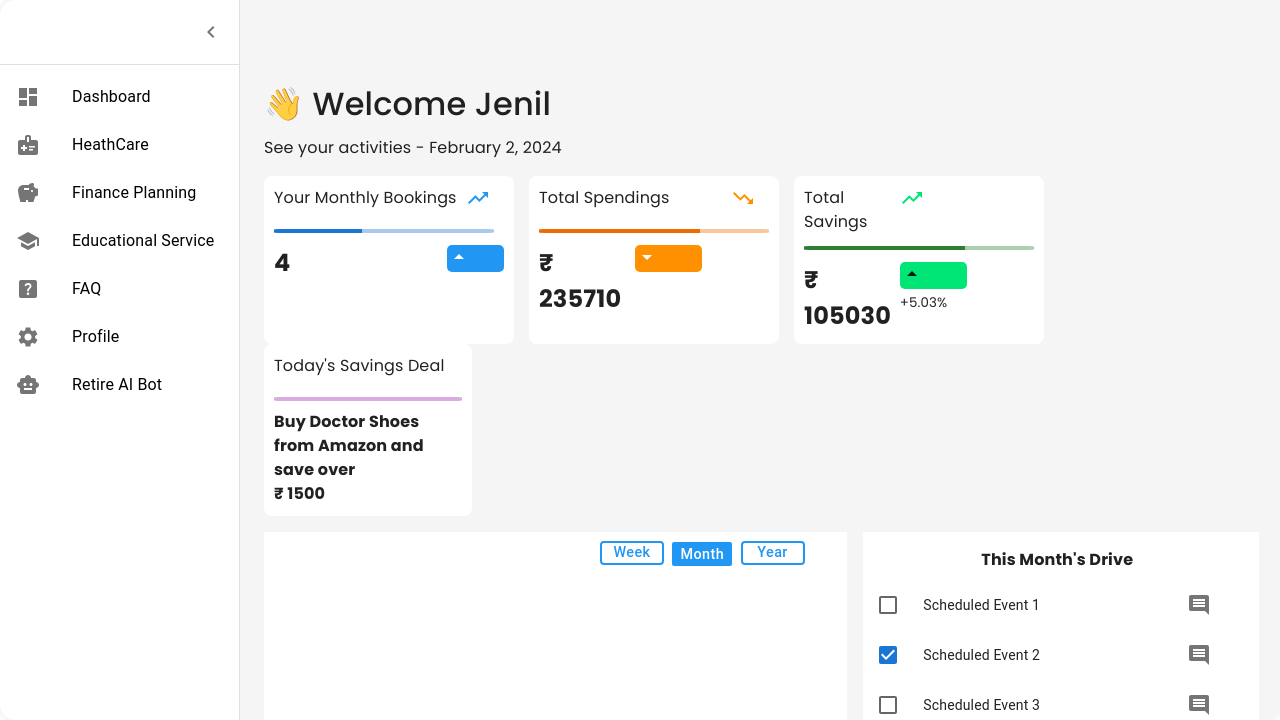
Repository: shubhampirate/Google_Solutions_Edural
Page: /dashboard
These files come from the project's save history. The page is drawn as it stood at one moment and after the next save; the edit follows.
The browser window is 1280 px wide. The pictures show the whole page.
The page's requests for data from a server got no answer. An inner scrolling area shows only its first screen. The project was rebuilt for these pictures with package versions that can differ from the ones it lists, and the page was loaded fresh each time. Some packages were replaced by stand-ins written for this rebuild. No one was signed in, and anything a server would have sent is missing. Also part of the build but not shown: src/Components/CustomButton.jsx, src/Components/Navbar.jsx, src/Components/Footer.jsx, src/Components/CongratsCard.jsx, src/pages/Hero/Hero.jsx, src/pages/Sign_in.jsx.

Above is the page before, as saved 2024-02-03 17:29:48.

### src/index.js
import React from "react";
import ReactDOM from "react-dom/client";
import "./index.css";
import { GoogleOAuthProvider } from '@react-oauth/google';
import App from "./App";
import { BrowserRouter } from "react-router-dom";
const root = ReactDOM.createRoot(
    document.getElementById("root"));
root.render(
    <BrowserRouter>
<GoogleOAuthProvider clientId="730379698185-cv7a59sok9sod43v04ee6g6pt4gtaea2.apps.googleusercontent.com">
        {/* <React.StrictMode> */}
            <App />
        {/* </React.StrictMode> */}
    </GoogleOAuthProvider>
    </BrowserRouter>

);

### src/App.jsx
import Hero from "./pages/Hero/Hero";
import Dashboard from "./pages/Dashboard/Dashboard";
import SignIn from "./pages/Sign_in";
import {useState} from "react";
import { Route, Routes } from "react-router-dom";
function App() {
  return (
    <>
      {/* <Hero />   */}
      {/* <SignIn /> */}
      <Routes>
        <Route path="/signin" element={<><SignIn /></>} />
        <Route path="/dashboard" element={<><Dashboard /></>} />
        {/* <Route path="/education" element={<><Education /></>} /> */}
        {/* <Route path="/health" element={<><Health /></>} /> */}
        {/* <Route path="/profile" element={<><Profile /></>} /> */}
        {/* <Route path="/finance" element={<><Finance /></>} /> */}
        {/* <Route path="/questions" element={<><Questions /></>} /> */}
        {/* <Route path="/retireaibot" element={<><Bot /></>} /> */}
        <Route path="/" element={<><Hero /></>} />
      </Routes>
         </>
  );
}

export default App;

### src/pages/Dashboard/Dashboard.jsx
import * as React from 'react';
import { styled, createTheme, ThemeProvider } from '@mui/material/styles';
import CssBaseline from '@mui/material/CssBaseline';
import MuiDrawer from '@mui/material/Drawer';
import Box from '@mui/material/Box';
import MuiAppBar from '@mui/material/AppBar';
import Toolbar from '@mui/material/Toolbar';
import {
  LinearProgress, ListItem, CircularProgress, Checkbox, ListItemText, Dialog, DialogActions, DialogContent,
  DialogContentText, DialogTitle, ListItemIcon, ListItemButton
} from '@mui/material';
import TrendingUpIcon from '@mui/icons-material/TrendingUp';
// import { PieChart } from '@mui/x-charts/PieChart';
// import { useDrawingArea } from '@mui/x-charts/hooks';
import TrendingDownIcon from '@mui/icons-material/TrendingDown';
import List from '@mui/material/List';
import Divider from '@mui/material/Divider';
import IconButton from '@mui/material/IconButton';
import ArrowDropUpIcon from '@mui/icons-material/ArrowDropUp';
import ArrowDropDownIcon from '@mui/icons-material/ArrowDropDown';
import Grid from '@mui/material/Grid';
import MenuIcon from '@mui/icons-material/Menu';
import ChevronLeftIcon from '@mui/icons-material/ChevronLeft';
import { mainListItems } from '../../Components/listItems';
import axios from 'axios';
import Button from '@mui/material/Button';
import CommentIcon from '@mui/icons-material/Comment';
import Swal from 'sweetalert2';
import { useState } from 'react';
import { useEffect } from 'react';
// import { Bar } from "react-chartjs-2";
// import { BarElement, CategoryScale, Chart as ChartJS, Legend, LinearScale, Title, Tooltip } from "chart.js";
// import GoogleTranslateComponent from '../../Components/GoogleTranslateComponent';
// import csacc from "../../media/csacc.png"
// import creditscoremodel from "../../media/creditscoremodel.png"
// import creditflow from "../../media/creditflowchart.png"
// ChartJS.register(CategoryScale, LinearScale, BarElement, Title, Tooltip, Legend);

const drawerWidth = 240;

const AppBar = styled(MuiAppBar, {
  shouldForwardProp: (prop) => prop !== 'open',
})(({ theme, open }) => ({
  zIndex: theme.zIndex.drawer + 1,
  transition: theme.transitions.create(['width', 'margin'], {
    easing: theme.transitions.easing.sharp,
    duration: theme.transitions.duration.leavingScreen,
  }),
  ...(open && {
    marginLeft: drawerWidth,
    width: `calc(100% - ${drawerWidth}px)`,
    transition: theme.transitions.create(['width', 'margin'], {
      easing: theme.transitions.easing.sharp,
      duration: theme.transitions.duration.enteringScreen,
    }),
  }),
}));

const Drawer = styled(MuiDrawer, { shouldForwardProp: (prop) => prop !== 'open' })(
  ({ theme, open }) => ({
    '& .MuiDrawer-paper': {
      position: 'relative',
      whiteSpace: 'nowrap',
      width: drawerWidth,
      transition: theme.transitions.create('width', {
        easing: theme.transitions.easing.sharp,
        duration: theme.transitions.duration.enteringScreen,
      }),
      boxSizing: 'border-box',
      ...(!open && {
        overflowX: 'hidden',
        transition: theme.transitions.create('width', {
          easing: theme.transitions.easing.sharp,
          duration: theme.transitions.duration.leavingScreen,
        }),
        width: theme.spacing(7),
        [theme.breakpoints.up('sm')]: {
          width: theme.spacing(9),
        },
      }),
    },
  }),
);

var currentDate = new Date();

var months = [
  "January", "February", "March", "April", "May", "June",
  "July", "August", "September", "October", "November", "December"
];

var formattedDate = months[currentDate.getMonth()] + " " + currentDate.getDate() + ", " + currentDate.getFullYear();

const defaultTheme = createTheme();

export default function Dashboard() {
  const [open, setOpen] = React.useState(true);
  const toggleDrawer = () => {
    setOpen(!open);
  };

  const [expensedata, setExpensedata] = useState([])

  useEffect(() => {
    loadList();
  }, []);


  const loadList = async () => {
    const result = await axios.get(`https://wixstocle.pythonanywhere.com/api/expense/`, {
      headers: { "Authorization": `Token 11c868750d92deda81638c5a9a59177bdc7ae41a` },
    });
    console.log(result.data.data);
    setExpensedata(result.data.data);
  }

  const getLabels = () => expensedata.slice(-5).map(data => data.date);

  const getData = (key) => expensedata.slice(-5).map(data => data[key]);

  const optionsexpense = {
    indexAxis: 'x',
    elements: {
      bar: {
        borderWidth: 0,
      },
    },
    responsive: true,
    interaction: {
      mode: 'index',
      intersect: false,
    },
    scales: {
      x: {
        stacked: false,
      },
      y: {
        stacked: false,
      },
    },
    plugins: {
      legend: {
        position: 'top',
      }
    },
  };

  const dataexpense = {
    labels: getLabels(),
    datasets: [
      {
        label: 'Revenue',
        data: getData('income'),
        backgroundColor: '#2196f3',
      },
      {
        label: 'Spendings',
        data: getData('expense'),
        backgroundColor: '#ff9100',
      },
      {
        label: 'Savings',
        data: getData('savings'),
        backgroundColor: '#00e676',
      },
    ],
  };

  const today = new Date();
  const year = today.getFullYear();
  const month = String(today.getMonth() + 1).padStart(2, '0'); // Months are zero-based
  const day = String(today.getDate()).padStart(2, '0');

  const todayDate = `${year}-${month}-${day}`;

  const [userData, setUserData] = React.useState({
    income: '',
    savings: '',
    expense: '',
    date: todayDate,
    user: "tony@gmail.com"
  });

  const handleChangePlan = (field, value) => {
    setUserData((prevData) => ({ ...prevData, [field]: value }));
  };
  const creditscore = 87.4;

  const handlePostData = () => {
    console.log(userData);
    fetch(`https://wixstocle.pythonanywhere.com/api/expense/`, {
      method: 'POST',
      headers: {
        "Authorization": `Token 11c868750d92deda81638c5a9a59177bdc7ae41a`,
        'Content-Type': 'application/json',
      },
      body: JSON.stringify(userData),
    })
      .then((response) => response.json())
      .then((data) => {
        // console.log(data);
        if (data.status == true) {
          Swal.fire({
            icon: 'success',
            title: 'Successfully Saved the details',
            showConfirmButton: false,
            timer: 3000
          })
          setExpensedata([...expensedata, userData]);
        }
        else {
          Swal.fire({
            icon: 'error',
            title: data.message,
            showConfirmButton: false,
            timer: 3000
          })
        }
      });
  };


//   function PieCenterLabel({ children }) {
//     const { width, height, left, top } = useDrawingArea();
//     return (
//       <StyledText x={left + width / 2} y={top + height / 2}>
//         {children}
//       </StyledText>
//     );
//   }

  const [checked, setChecked] = React.useState([1]);

  const handleToggle = (value) => () => {
    const currentIndex = checked.indexOf(value);
    const newChecked = [...checked];

    if (currentIndex === -1) {
      newChecked.push(value);
    } else {
      newChecked.splice(currentIndex, 1);
    }

    setChecked(newChecked);
  };

//   const [openDia, setOpenDia] = useState(false);
//   const handleClickOpenDia = () => { setOpenDia(true); };
//   const handleCloseDia = () => { setOpenDia(false); };


  return (
    <ThemeProvider theme={defaultTheme}>
      <Box sx={{ display: 'flex', borderRadius: '16px', overflow: 'hidden', boxShadow: '0px 0px 10px rgba(0, 0, 0, 0.1)' }} >
        <CssBaseline />
        <AppBar position="absolute" open={open} sx={{ backgroundColor: "whitesmoke", boxShadow: 'none' }}>
          <Toolbar
            sx={{
              pr: '24px', // keep right padding when drawer closed
              display: 'flex',
              alignItems: 'center',
              justifyContent: 'space-between',
            }}>
            <Box sx={{ display: 'flex', alignItems: 'center' }}>
              <IconButton
                edge="start"
                aria-label="open drawer"
                onClick={toggleDrawer}
                sx={{
                  marginRight: '36px',
                  ...(open && { display: 'none' }),
                  backgroundColor: "#fff"
                }}>
                <MenuIcon />
              </IconButton>
            </Box>
          </Toolbar>
        </AppBar>
        <Drawer variant="permanent" open={open}>
          <Toolbar
            sx={{
              display: 'flex',
              alignItems: 'center',
              justifyContent: 'flex-end',
              px: [1],
            }}
          >
            {/* <GoogleTranslateComponent /> */}
            <IconButton onClick={toggleDrawer}>
              <ChevronLeftIcon />
            </IconButton>
          </Toolbar>
          <Divider />
          <List component="nav">
            {mainListItems}
          </List>
        </Drawer>
        <Box
          component="main"
          sx={{
            backgroundColor: (theme) =>
              theme.palette.mode === 'light'
                ? theme.palette.grey[100]
                : theme.palette.grey[900],
            flexGrow: 1,
            height: '100vh',
            overflow: 'auto',
          }}>
          <Toolbar />
          <Grid container spacing={2} marginTop="0.02rem" paddingLeft={3} paddingRight={2}>
            <Grid item xs={12}>
              <div style={{ fontSize: "2rem", fontWeight: "500" }}>👋 Welcome Jenil</div>
            </Grid>
            <Grid item xs={12} marginTop="-0.5rem">
              <div>See your activities - {formattedDate} </div>
            </Grid>
          </Grid>
          <Grid container spacing={2} marginTop="1rem" paddingLeft={5} paddingRight={2}>
            <Grid item xs={12} md={3} style={{ backgroundColor: "white", padding: "10px", marginRight: "15px", borderRadius: "0.5rem" }}>
              <Grid item xs={12}>
                <Grid container>
                  <Grid item xs={10}><div>Your Monthly Bookings</div></Grid>
                  <Grid item xs={2}><TrendingUpIcon sx={{ color: "#2196f3" }} /></Grid>
                </Grid>
                <Grid item xs={12}>
                  <LinearProgress variant="determinate" value={40} sx={{ color: "#2196f3", borderRadius: "10%", margin: "12px 10px 12px 0px" }} />
                </Grid>
                <Grid item xs={12}>
                  <Grid container>
                    <Grid item xs={9}>
                       <div style={{ fontSize: "1.5rem", fontWeight: "550" }}> 4</div>
                    </Grid>
                    <Grid item xs={3} style={{ backgroundColor: "#2196f3", color: "white", borderRadius: "5px", height: "1.65rem" }}>
                      <ArrowDropUpIcon /> <sup>+10%</sup>
                    </Grid>
                  </Grid>
                </Grid>
              </Grid>
            </Grid>
            <Grid item xs={12} md={3} style={{ backgroundColor: "white", padding: "10px", marginRight: "15px", borderRadius: "0.5rem" }}>
              <Grid item xs={12}>
                <Grid container>
                  <Grid item xs={10}><div>Total Spendings</div></Grid>
                  <Grid item xs={2}><TrendingDownIcon sx={{ color: "#ff9100" }} /></Grid>
                </Grid>
                <Grid item xs={12}>
                  <LinearProgress variant="determinate" value={70} color='warning' sx={{ borderRadius: "10%", margin: "12px 0px" }} />
                </Grid>
                <Grid item xs={12}>
                  <Grid container>
                    <Grid item xs={5}>
                      {!loadList ? <><div style={{ fontSize: "1.5rem", fontWeight: "550" }}>
                        ₹ {expensedata[0].income + expensedata[1].income + expensedata[2].income + expensedata[3].income + expensedata[4].income + expensedata[5].income}</div>
                      </> : <div style={{ fontSize: "1.5rem", fontWeight: "550" }}>₹ 235710</div>}
                    </Grid>
                    <Grid item xs={3.5} style={{ backgroundColor: "#ff9100", color: "white", borderRadius: "5px", height: "1.65rem" }}>
                      <ArrowDropDownIcon /> <sup>+3.17%</sup>
                    </Grid>
                  </Grid>
                </Grid>
              </Grid>
            </Grid>
            <Grid item xs={12} md={3} style={{ backgroundColor: "white", padding: "10px", marginRight: "15px", borderRadius: "0.5rem" }}>
              <Grid item xs={12}>
                <Grid container>
                  <Grid item xs={5}><div>Total Savings</div></Grid>
                  <Grid item xs={4}><TrendingUpIcon sx={{ color: "#00e676" }} /></Grid>
                </Grid>
                <Grid item xs={12}>
                  <LinearProgress variant="determinate" value={70} color="success" style={{ borderRadius: "10%", margin: "12px 0px" }} />
                </Grid>
                <Grid item xs={12}>
                  <Grid container>
                    <Grid item xs={5}>
                      {!loadList ? <><div style={{ fontSize: "1.5rem", fontWeight: "550" }}>
                        ₹ {expensedata[0].income + expensedata[1].income + expensedata[2].income + expensedata[3].income + expensedata[4].income + expensedata[5].income}</div>
                      </> : <div style={{ fontSize: "1.5rem", fontWeight: "550" }}>₹ 105030</div>}
                    </Grid>
                    <Grid item xs={3.5} style={{ backgroundColor: "#00e676", borderRadius: "5px", height: "1.65rem" }}>
                      <ArrowDropUpIcon /> <sup>+5.03%</sup>
                    </Grid>
                  </Grid>
                </Grid>
              </Grid>
            </Grid>
            <Grid item xs={12} md={2.5} style={{ backgroundColor: "white", padding: "10px", borderRadius: "0.5rem" }}>
              <Grid container spacing={2}>
                <Grid item xs={12}>Today's Savings Deal</Grid>
                <Grid item xs={12}>
                  <LinearProgress variant="determinate" value={0} color='secondary' sx={{ borderRadius: "10%", margin: "3px 0px" }} />
                </Grid>
                <Grid item xs={12} sx={{ fontWeight: "550", marginTop: "-10px" }}>Buy Doctor Shoes from Amazon and save over <br />₹ 1500</Grid>
              </Grid>
            </Grid>
          </Grid>
          <Grid container spacing={2} marginTop="1rem" paddingLeft={5} paddingRight={2} marginBottom={2}>
            <Grid item xs={7} sx={{ backgroundColor: "white", padding: "5px", marginRight: "1rem" }}>
              <Grid container spacing={2} padding={1}>
                <Grid xs={7}></Grid>
                <Grid xs={1.5}><Button style={{
                  borderColor: "#2196f3", color: "#2196f3", height: "1.5rem", textTransform: "capitalize",
                  fontSize: "0.9rem", border: "2px solid", textAlign: "left"
                }}>Week</Button></Grid>
                <Grid xs={1.5}><Button style={{
                  backgroundColor: "#2196f3", color: "white", height: "1.75rem", textTransform: "capitalize",
                  fontSize: "0.9rem", border: "2px solid", textAlign: "left"
                }}>Month</Button></Grid>
                <Grid xs={1}><Button style={{
                  borderColor: "#2196f3", color: "#2196f3", height: "1.5rem", textTransform: "capitalize",
                  fontSize: "0.9rem", border: "2px solid", textAlign: "left"
                }}>Year</Button></Grid>
                <Grid xs={12} marginTop={2}>
                  {/* <Bar options={optionsexpense} data={dataexpense} /> */}
                </Grid>
              </Grid>
            </Grid>
            <Grid item xs={4.75} >
              <Grid container spacing={2} >

                <Grid item xs={12}>
                  <Grid container spacing={2} sx={{ backgroundColor: "white", marginBottom: "0.5rem" }}>
                    <Grid item xs={12} style={{ textAlign: "center", marginLeft: "-0.75rem", fontWeight: "600" }}>This Month's Drive</Grid>
                    <List sx={{ width: '100%', maxWidth: 360, bgcolor: 'background.paper' }}>
                      {[0, 1, 2].map((value) => {
                        const labelId = `checkbox-list-label-${value}`;
                        return (
                          <ListItem
                            key={value}
                            secondaryAction={
                              <IconButton edge="end" aria-label="comments">
                                <CommentIcon />
                              </IconButton>
                            }
                            disablePadding
                          >
                            <ListItemButton role={undefined} onClick={handleToggle(value)} dense>
                              <ListItemIcon>
                                <Checkbox
                                  edge="start"
                                  checked={checked.indexOf(value) !== -1}
                                  tabIndex={-1}
                                  disableRipple
                                  inputProps={{ 'aria-labelledby': labelId }}
                                />
                              </ListItemIcon>
                              <ListItemText id={labelId} style={{ marginLeft: "-0.75rem" }} primary={`Scheduled Event ${value + 1}`} />
                            </ListItemButton>
                          </ListItem>
                        );
                      })}
                    </List>
                  </Grid>
                </Grid>
              </Grid>
            </Grid>
          </Grid>

        </Box>
      </Box >
    </ThemeProvider >
  );
}

### src/Components/listItems.jsx
import * as React from 'react';
import ListItemButton from '@mui/material/ListItemButton';
import ListItemIcon from '@mui/material/ListItemIcon';
import ListItemText from '@mui/material/ListItemText';
import DashboardIcon from '@mui/icons-material/Dashboard';
import MedicalInformationIcon from '@mui/icons-material/MedicalInformation';
import SavingsIcon from '@mui/icons-material/Savings';
import SchoolIcon from '@mui/icons-material/School';
import HelpCenterIcon from '@mui/icons-material/HelpCenter';
import SettingsIcon from '@mui/icons-material/Settings';
import SmartToyIcon from '@mui/icons-material/SmartToy';
import { Link } from 'react-router-dom';
// import GoogleTranslateComponent from './GoogleTranslateComponent';


export const mainListItems = (
  <>
    <React.Fragment>
      <Link to="/dashboard" style={{ textDecoration: "none", color: "black" }}>
        <ListItemButton>
          <ListItemIcon>
            <DashboardIcon />
          </ListItemIcon>
          <ListItemText primary="Dashboard" />
        </ListItemButton>
      </Link>
      <Link to="/health" style={{ textDecoration: "none", color: "black" }}>
        <ListItemButton>
          <ListItemIcon>
            <MedicalInformationIcon />
          </ListItemIcon>
          <ListItemText primary="HeathCare" />
        </ListItemButton>
      </Link>
      <Link to="/finance" style={{ textDecoration: "none", color: "black" }}>
        <ListItemButton>
          <ListItemIcon>
            <SavingsIcon />
          </ListItemIcon>
          <ListItemText primary="Finance Planning" />
        </ListItemButton>
      </Link>
      <Link to="/education" style={{ textDecoration: "none", color: "black" }}>
        <ListItemButton>
          <ListItemIcon>
            <SchoolIcon />
          </ListItemIcon>
          <ListItemText primary="Educational Service" />
        </ListItemButton>
      </Link>
      <Link to="/questions" style={{ textDecoration: "none", color: "black" }}>
        <ListItemButton>
          <ListItemIcon>
            <HelpCenterIcon />
          </ListItemIcon>
          <ListItemText primary="FAQ" />
        </ListItemButton>
      </Link>
      <Link to="/profile" style={{ textDecoration: "none", color: "black" }}>
        <ListItemButton>
          <ListItemIcon>
            <SettingsIcon />
          </ListItemIcon>
          <ListItemText primary="Profile" />
        </ListItemButton>
      </Link>
      <Link to="/retireaibot" style={{ textDecoration: "none", color: "black" }}>
        <ListItemButton>
          <ListItemIcon>
            <SmartToyIcon />
          </ListItemIcon>
          <ListItemText primary="Retire AI Bot" />
        </ListItemButton>
      </Link>
    </React.Fragment >
  </>
);

// export const secondaryListItems = (
//   <React.Fragment>
//     <ListSubheader component="div" inset>
//       Saved reports
//     </ListSubheader>
//     <ListItemButton>
//       <ListItemIcon>
//         <AssignmentIcon />
//       </ListItemIcon>
//       <ListItemText primary="Current month" />
//     </ListItemButton>
//     <ListItemButton>
//       <ListItemIcon>
//         <AssignmentIcon />
//       </ListItemIcon>
//       <ListItemText primary="Last quarter" />
//     </ListItemButton>
//     <ListItemButton>
//       <ListItemIcon>
//         <AssignmentIcon />
//       </ListItemIcon>
//       <ListItemText primary="Year-end sale" />
//     </ListItemButton>
//   </React.Fragment>
// );

Loaded but not shown: public/index.html (common file); src/index.css (common file)

After the next save:
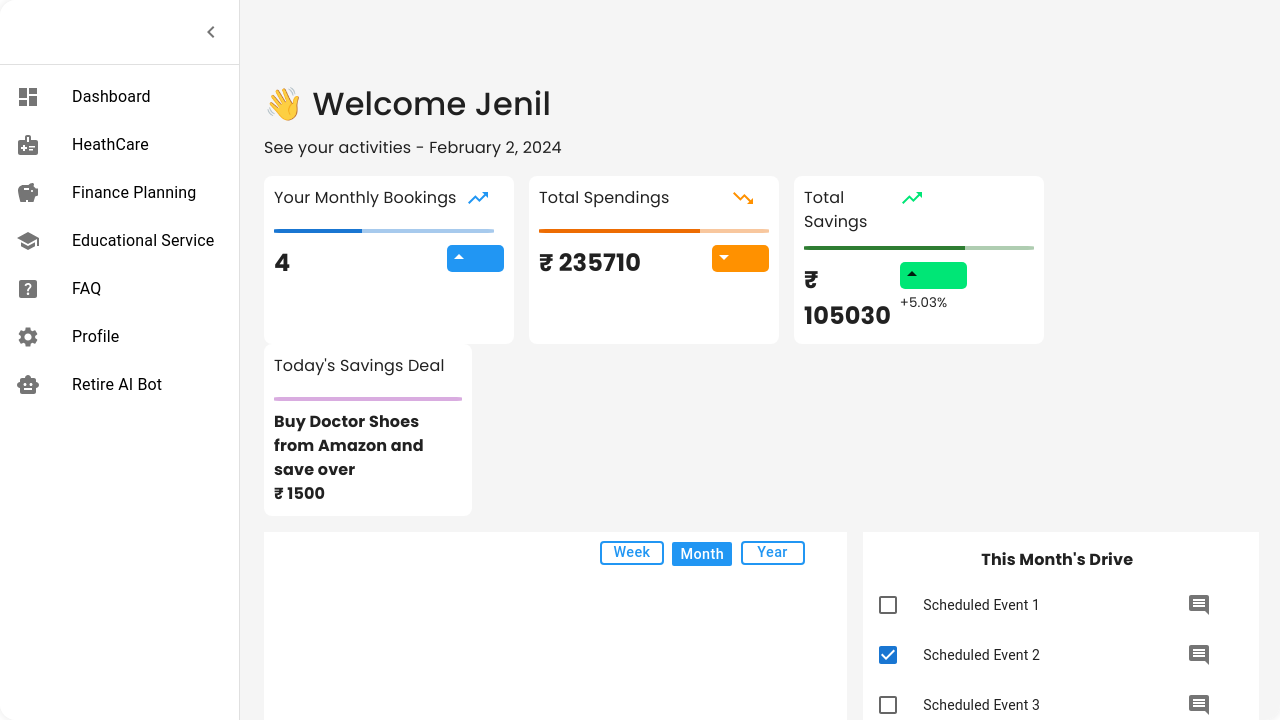
Saved 59 s later.
--- a/src/pages/Dashboard/Dashboard.jsx
+++ b/src/pages/Dashboard/Dashboard.jsx
@@ -348,12 +348,12 @@ export default function Dashboard() {
                 </Grid>
                 <Grid item xs={12}>
                   <Grid container>
-                    <Grid item xs={5}>
+                    <Grid item xs={9}>
                       {!loadList ? <><div style={{ fontSize: "1.5rem", fontWeight: "550" }}>
                         ₹ {expensedata[0].income + expensedata[1].income + expensedata[2].income + expensedata[3].income + expensedata[4].income + expensedata[5].income}</div>
                       </> : <div style={{ fontSize: "1.5rem", fontWeight: "550" }}>₹ 235710</div>}
                     </Grid>
-                    <Grid item xs={3.5} style={{ backgroundColor: "#ff9100", color: "white", borderRadius: "5px", height: "1.65rem" }}>
+                    <Grid item xs={3} style={{ backgroundColor: "#ff9100", color: "white", borderRadius: "5px", height: "1.65rem" }}>
                       <ArrowDropDownIcon /> <sup>+3.17%</sup>
                     </Grid>
                   </Grid>
